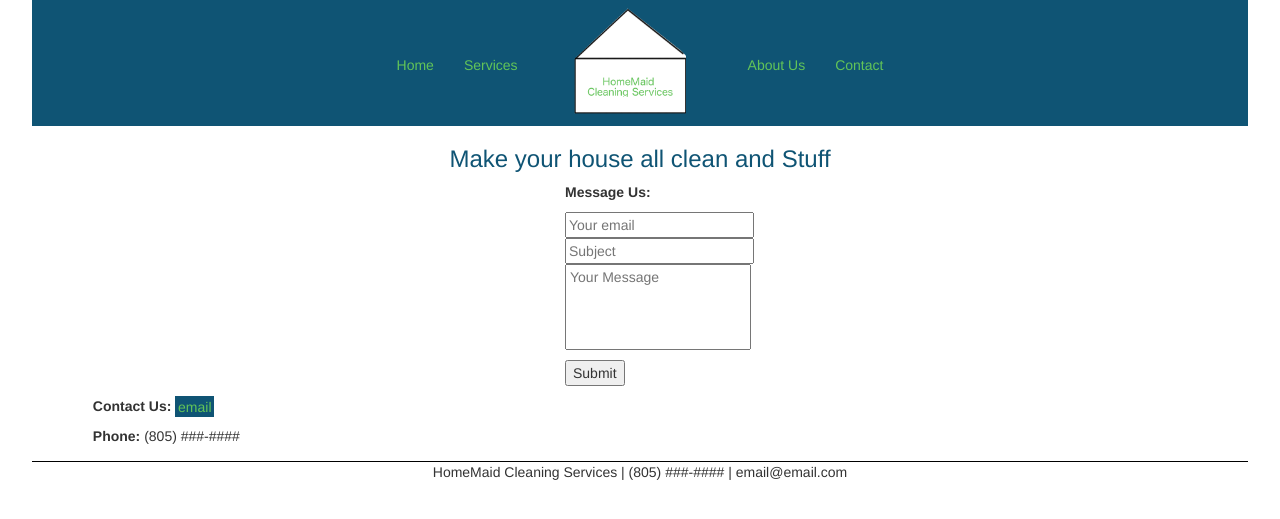
Repository: alprusa/HomeMaid-Cleaning-Service
Page: HomeMaid-Cleaning-Service/contact/index.html
These files come from the project's save history. The page is drawn as it stood at one moment and after the next save; the edit follows.
The browser window is 1280 px wide. The pictures show the whole page.

Above is the page before, as saved 2016-07-11 04:19:56.

After the next save:
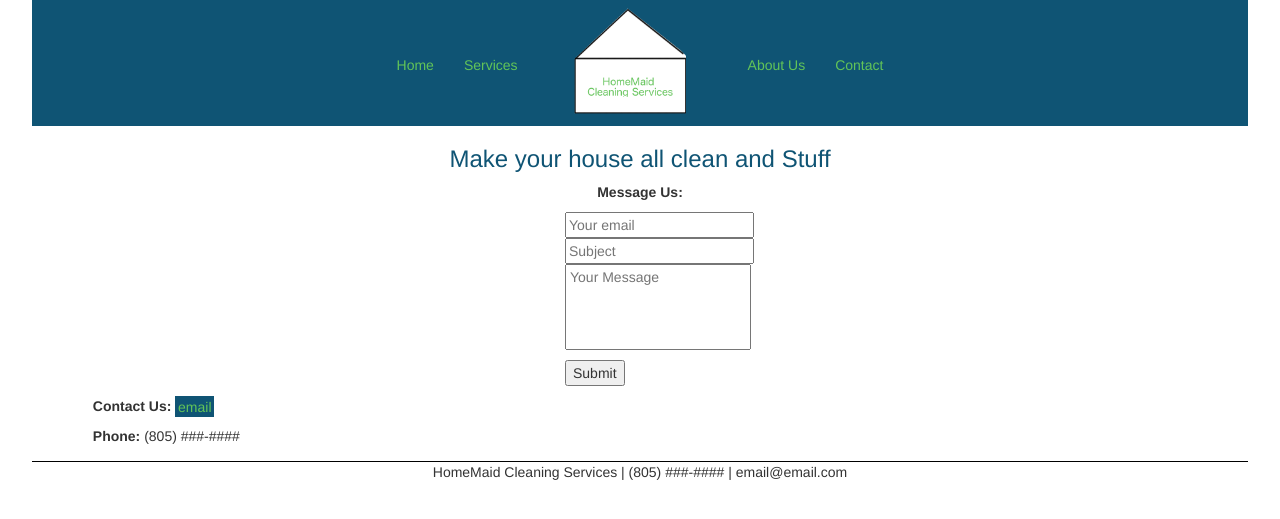
Saved 72 s later.
--- a/HomeMaid-Cleaning-Service/contact/index.html
+++ b/HomeMaid-Cleaning-Service/contact/index.html
@@ -61,7 +61,7 @@
 				<h3 style="text-align: center;">Make your house all clean and Stuff</h3>
 
 				<form action="#">
-	 				<p><b>Message Us:</b></p>
+	 				<p style="text-align: center;"><b>Message Us:</b></p>
 					<input type="text" name="email" id="email" placeholder="Your email" required><br>
 					<input type="text" name="Subject" id="Subject" placeholder="Subject" required><br>
 					<textarea type="text" name="Message" rows=4 id="Message" placeholder="Your Message" required></textarea>
